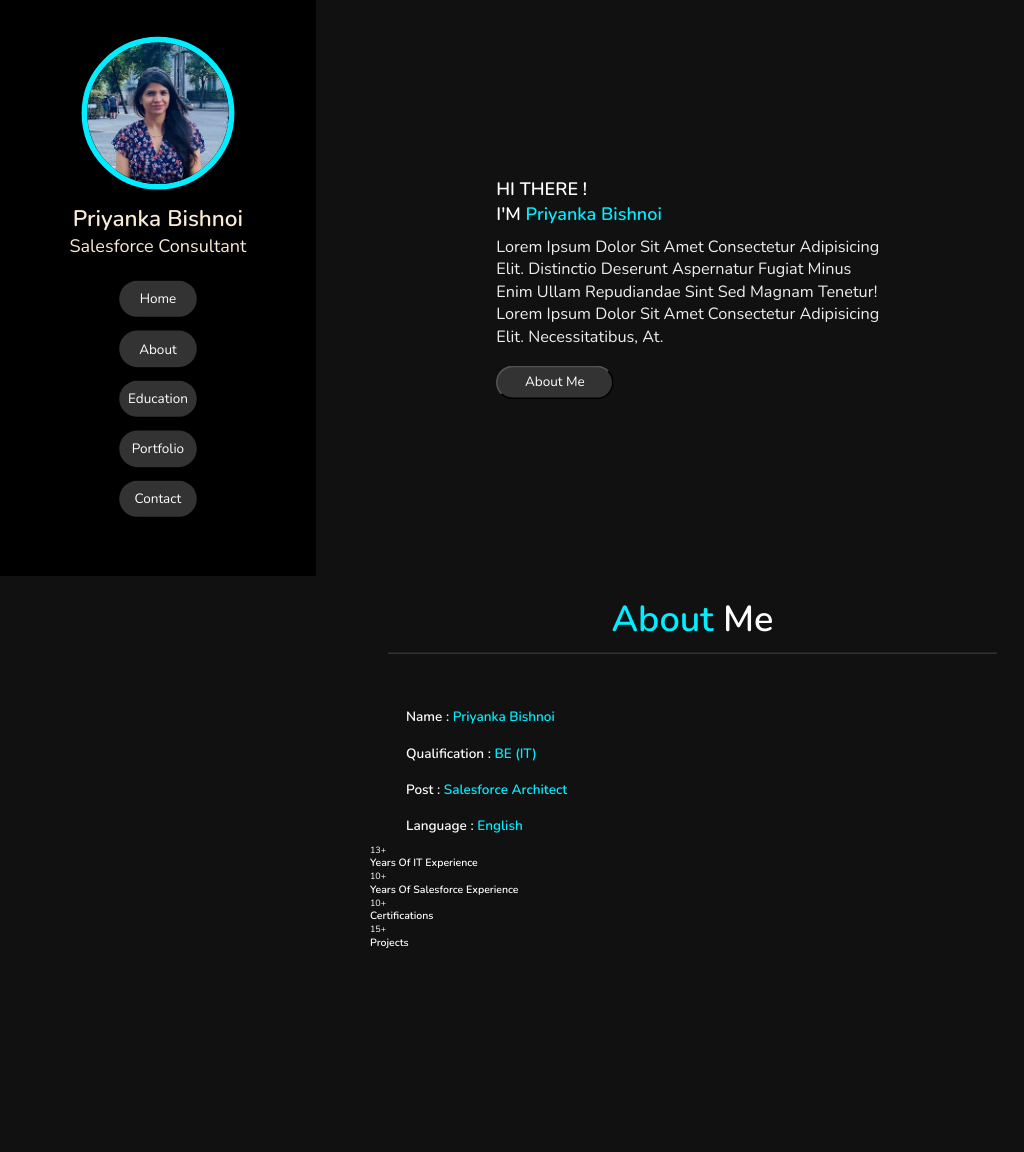
Repository: priyanka-bishnoi/PortfolioPage
Page: MyPage.html
An editor plug-in stored every save of this project. The page is shown before and after the next save, followed by the edit.
The browser window is 1280 px wide. The pictures show the whole page, at 80% of full size.

Above is the page before, as saved 2022-10-08 17:39:53.

After the next save:
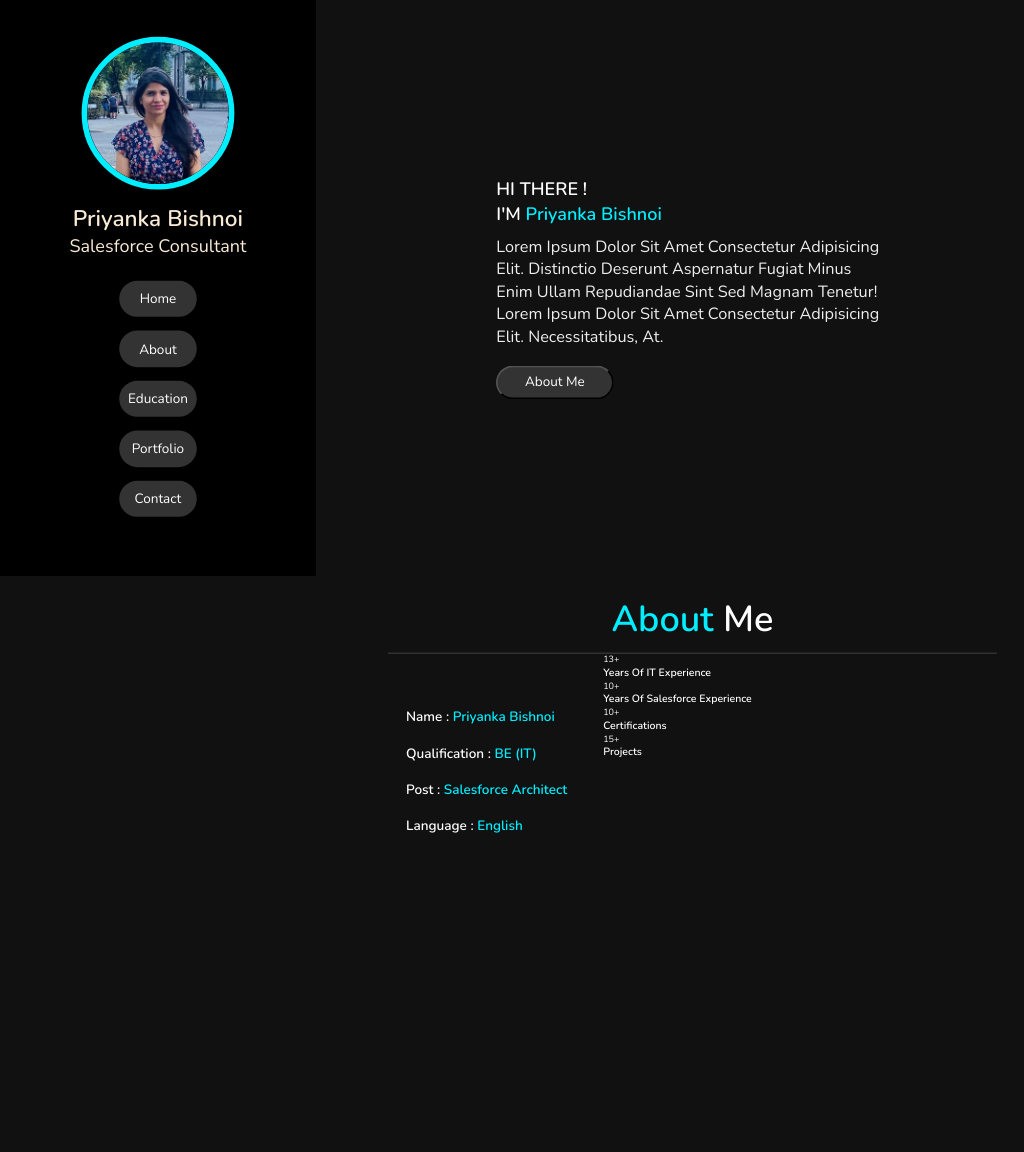
Saved 2 min 59 s later.
--- a/css/style.css
+++ b/css/style.css
@@ -136,6 +136,9 @@ header .navBar ul li a:hover{
 .about {
  color:white;
 }
+.about .row{
+    display:flex;
+}
 .about .row .info {
 
     display: block;
